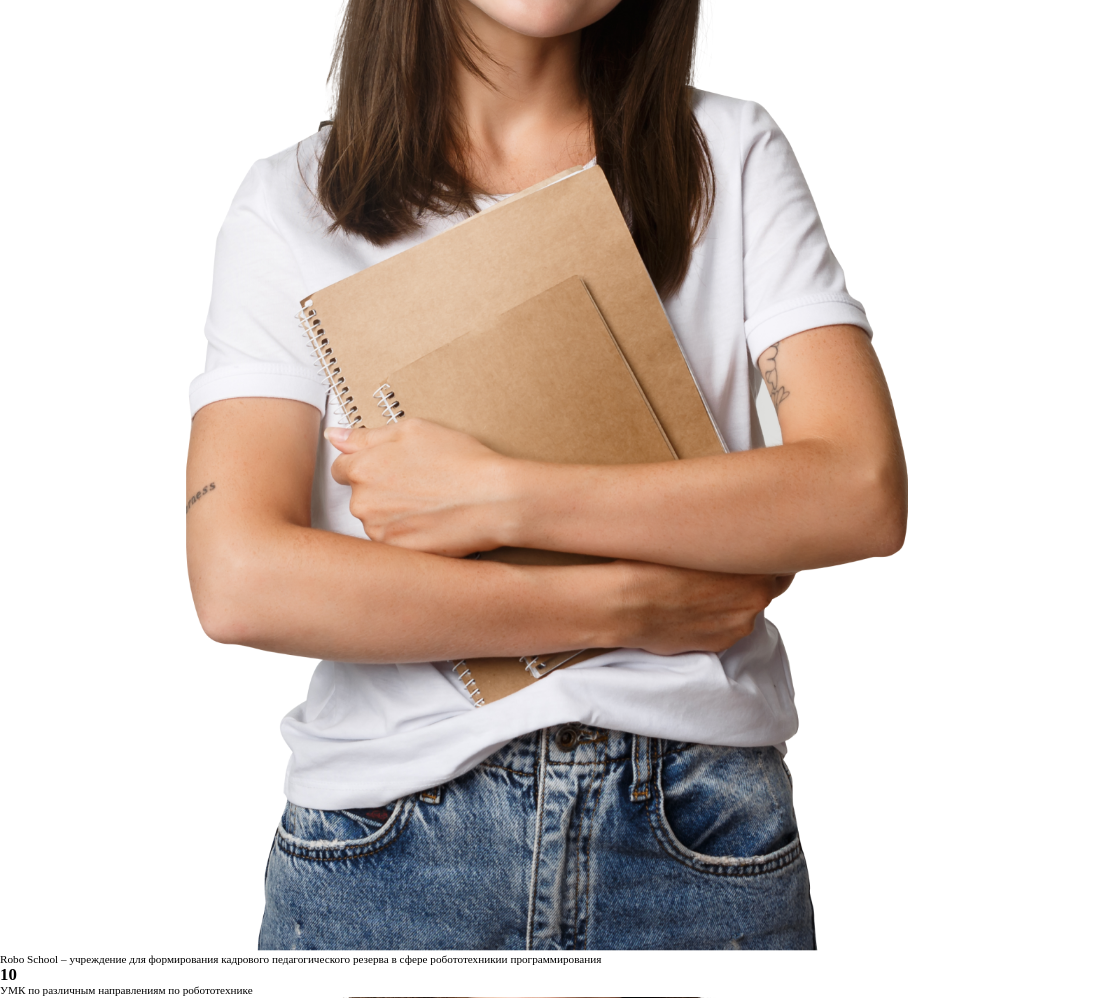
Repository: Shaiyr1/robo
Page: index.html
These files come from the project's save history. The page is drawn as it stood at one moment and after a run of saves; the edit follows.
The browser window is 1280 px wide. The page is 1566 px wide, so the pictures cover 1566 px, including what lies to the right of the window. The pictures show the part of the page from y = 631 to 2191 px (the page is 2056 px tall before and 2191 px after), at 70% of full size.

Above is the page before, as saved 2026-11-02 16:30:47.

### index.html
<!DOCTYPE html>
<html lang="en">
<head>
    <meta charset="UTF-8">
    <meta http-equiv="X-UA-Compatible" content="IE=edge">
    <meta name="viewport" content="width=device-width, initial-scale=1.0">
    <link rel="stylesheet" href="./src/css/style.css">
    <title>Document</title>
</head>
<body>
    <header class="header">
        <nav class="header-nav">
            <a class="header-nav__link" href="">
                ROBO.SCHOOL
            </a>
            <ul class="header-nav__ul">
                <li class="header-nav__li">
                    <a class="header-nav__li-link" href="">О школе</a>
                </li>
                <li class="header-nav__li">
                    <a class="header-nav__li-link" href="">Тренеры</a>
                </li>
                <li class="header-nav__li">
                    <a class="header-nav__li-link" href="">Стоимость</a>
                </li>
            </ul>
            <a class="header-nav__number" href="">+7 800 000 11 22</a>
        </nav>
    </header>
    <main>
        <section class="home">
            <div class="container home_blocks">
                <div class="home-block">
                    <h1 class="home-block__title">ROBO SCHOOL</h1>
                    <p class="home-block__subtitle">Курсы повышения квалификации по робототехнике для педагогов начальной школы</p>
                    <button class="home-block__btn">Записаться на курс</button>
                </div>
                <img class="home__img" src="./src/img/Group 211 (5).png" alt="homeImage">
            </div>
        </section>
        <section class="about">
            <div class="container">
                <p class="about__text">
                    <span>Robo School</span> – учреждение для формирования кадрового педагогического резерва в сфере робототехникии программирования
                </p>
                <div class="about-items">
                    <div class="about-item">
                        <h2 class="about-item__number">10</h2>
                        <p class="about-item__text">
                            УМК по различным направлениям по робототехнике
                        </p>
                    </div>
                </div>
            </div>
        </section>
    </main>
</body>
</html>

### src/css/style.css
* {
    margin: 0;
    padding: 0;
    -webkit-box-sizing: border-box;
    box-sizing: border-box
}

After the next 2 saves:
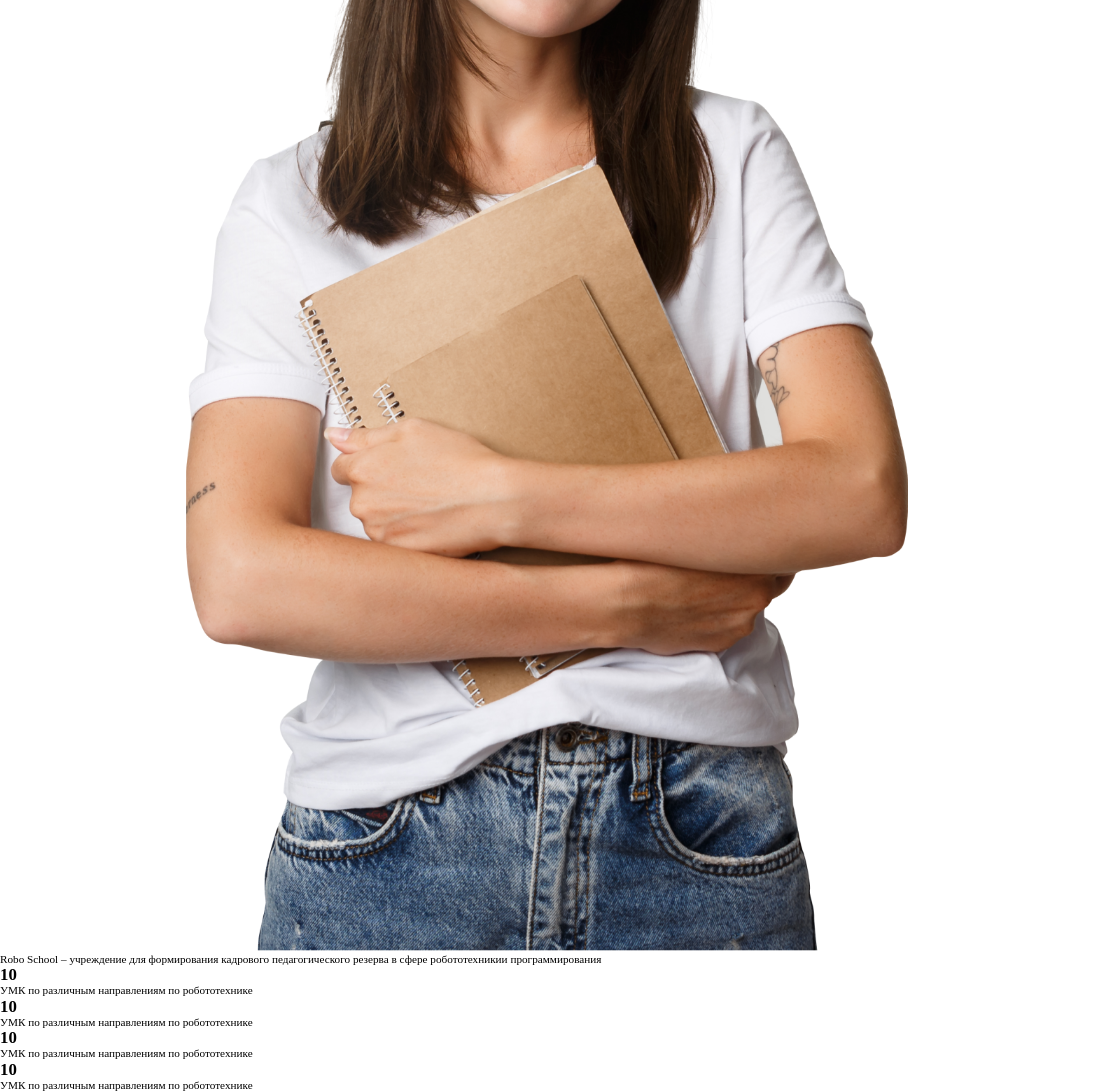
The 2 saves are shown as one change because they came seconds apart.
The last was saved 56 s later.
--- a/index.html
+++ b/index.html
@@ -50,6 +50,24 @@
                             УМК по различным направлениям по робототехнике
                         </p>
                     </div>
+                    <div class="about-item">
+                        <h2 class="about-item__number">10</h2>
+                        <p class="about-item__text">
+                            УМК по различным направлениям по робототехнике
+                        </p>
+                    </div>
+                    <div class="about-item">
+                        <h2 class="about-item__number">10</h2>
+                        <p class="about-item__text">
+                            УМК по различным направлениям по робототехнике
+                        </p>
+                    </div>
+                    <div class="about-item">
+                        <h2 class="about-item__number">10</h2>
+                        <p class="about-item__text">
+                            УМК по различным направлениям по робототехнике
+                        </p>
+                    </div>
                 </div>
             </div>
         </section>
